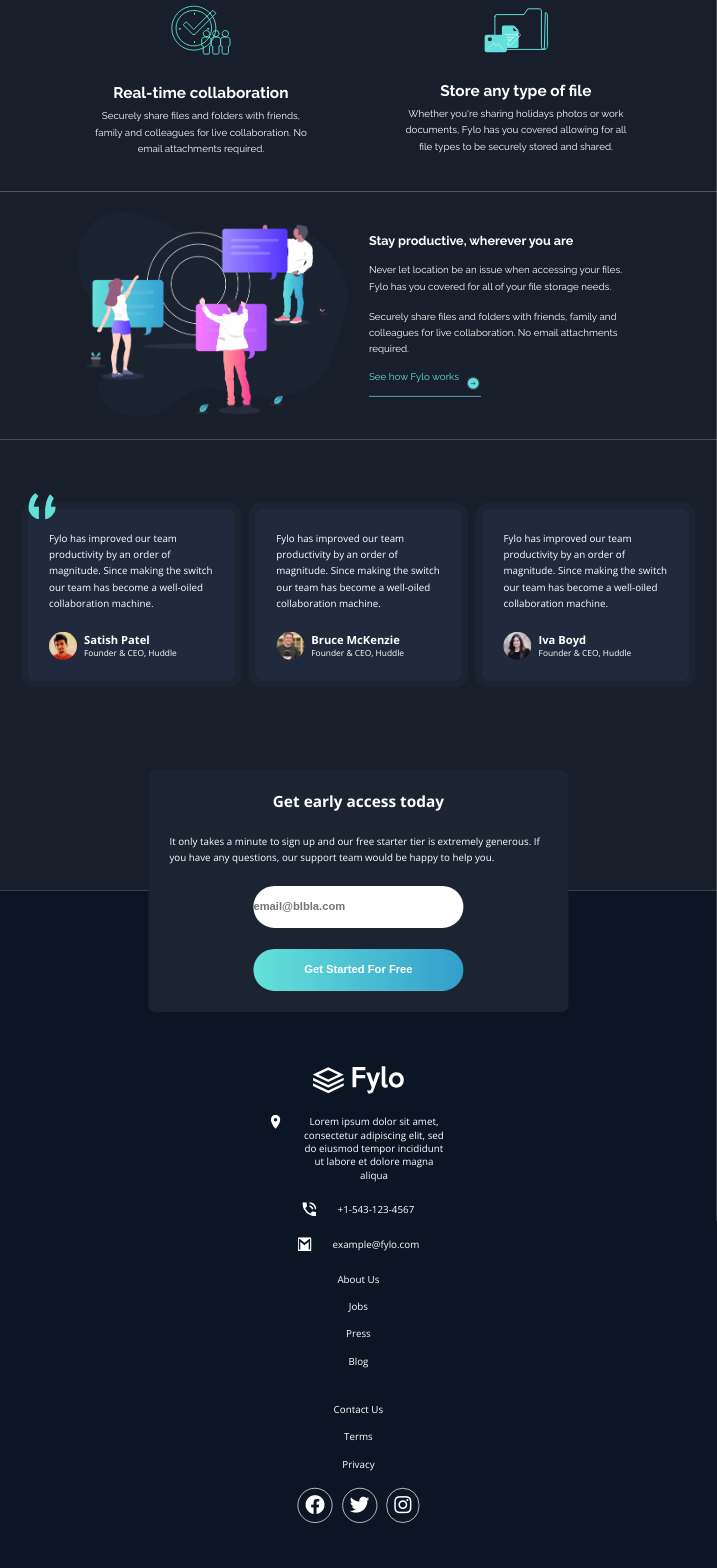
Repository: tomas938/fylo-dark-theme-landing-page-master
Page: index.html
The author's editor kept a copy of each file at every save. The page is drawn from the files as they stood at one save, then again after the next save.
The browser window is 1024 px wide. The pictures show the part of the page from y = 1162 to 3402 px (the page is 3402 px tall), at 70% of full size.
Some web libraries are served in a nearby version. The style sheet was rebuilt from its Sass, Less or Tailwind sources for each picture, by a compiler version that may differ from the author's.

Above is the page before, as saved 2021-08-05 20:35:07.

After the next save:
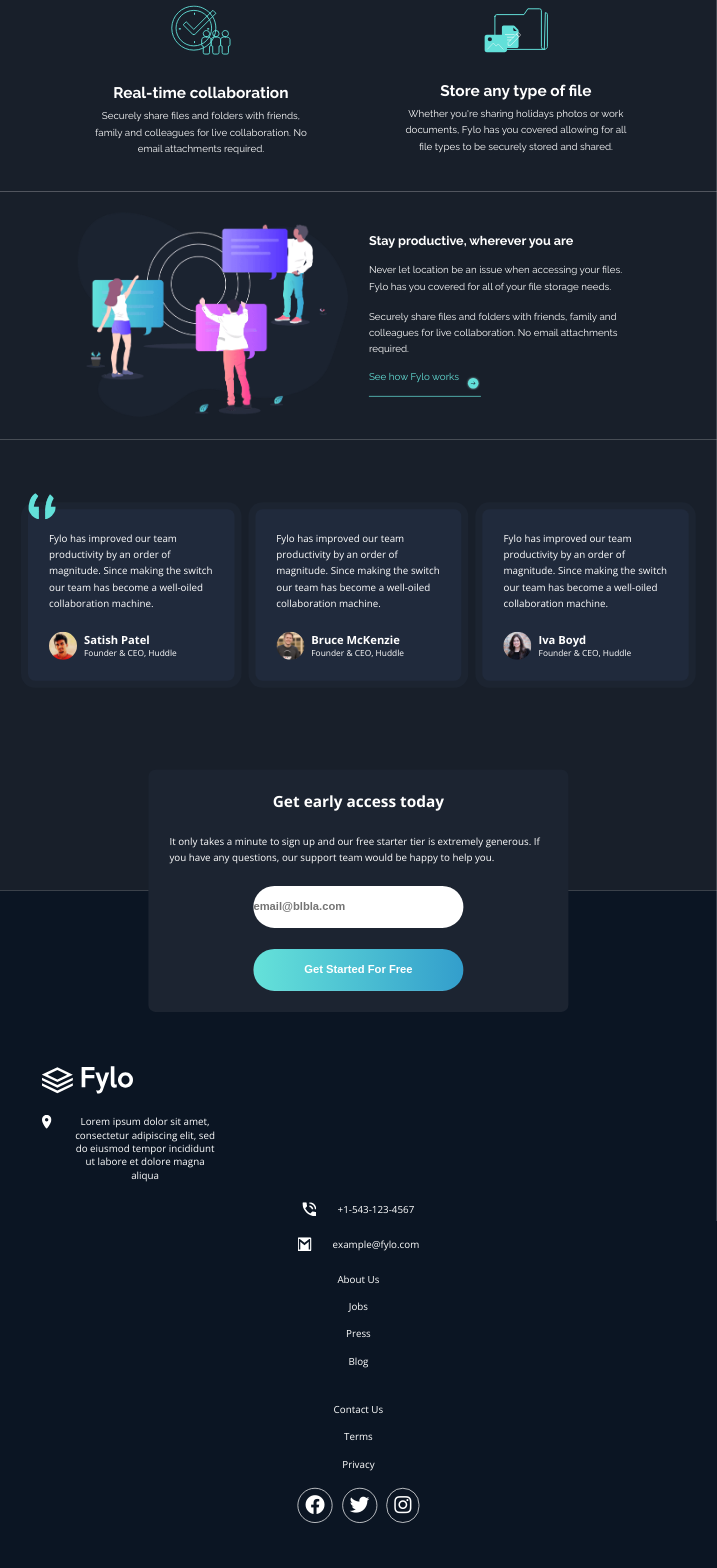
Saved 2 min 50 s later.
--- a/scss/_partials/_footer.scss
+++ b/scss/_partials/_footer.scss
@@ -92,7 +92,7 @@ footer {
 	}
 	flex-direction: column;
 	@media only screen and (max-width: 1100px) {
-		align-items: center;
+		display: flex;
 	}
 	.footer__content {
 		display: flex;
